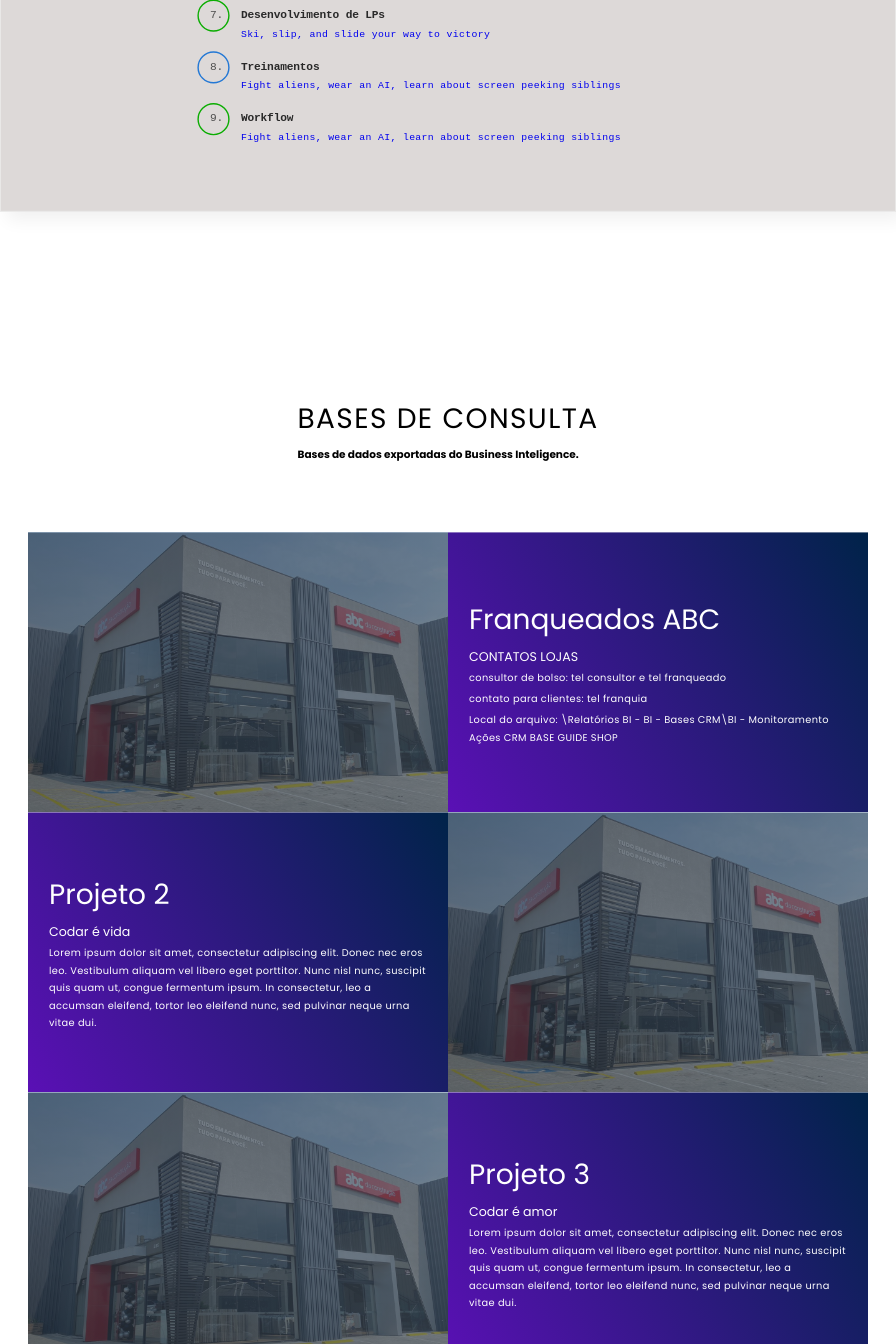
Repository: douglasabnovato/apresentacao
Page: index.html
An editor plug-in stored every save of this project. The page is shown before and after the next save, followed by the edit.
The browser window is 1280 px wide. The pictures show the part of the page from y = 1455 to 3375 px (the page is 13502 px tall), at 70% of full size.

Above is the page before, as saved 2025-01-14 16:20:17.

After the next save:
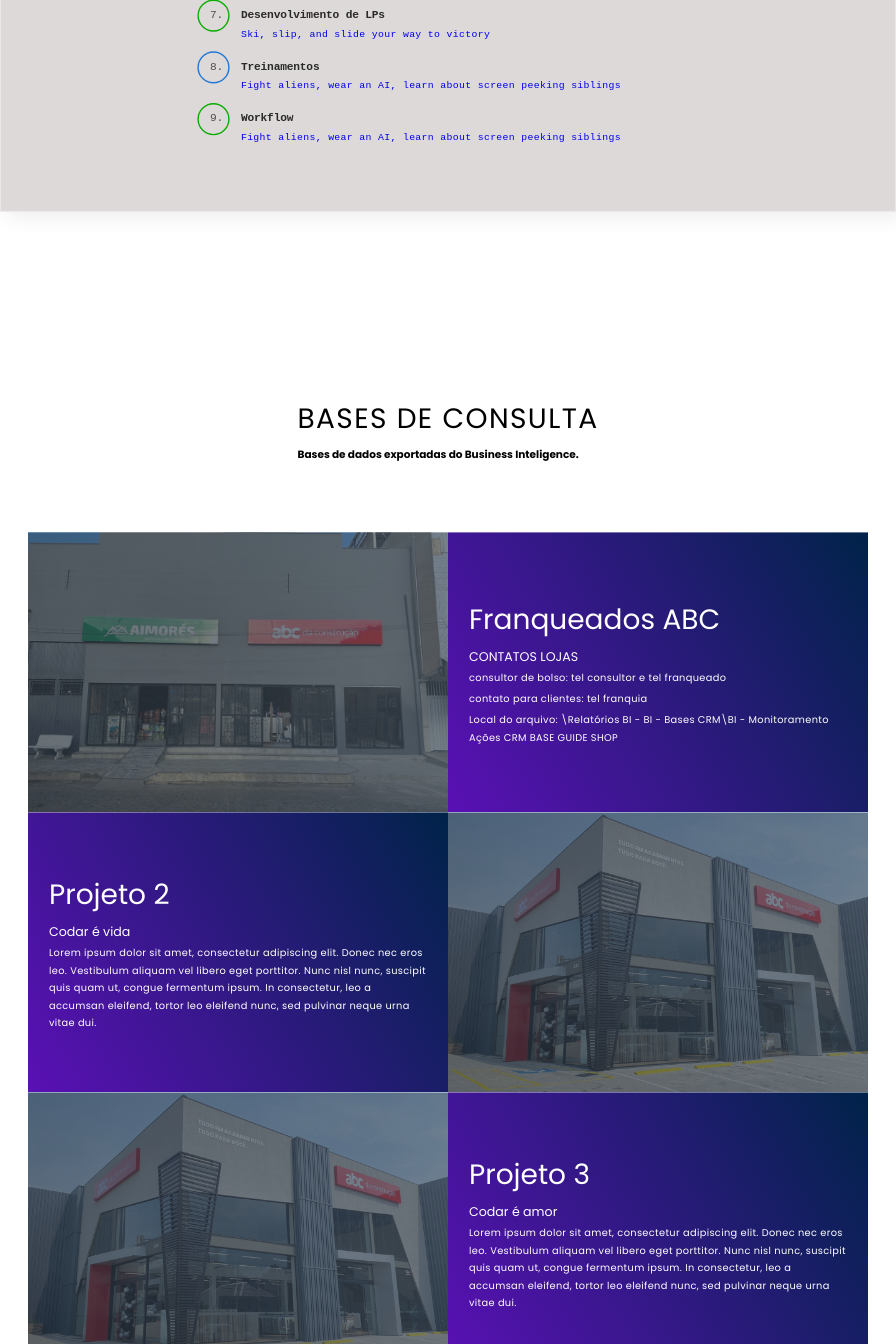
Saved 18 s later.
--- a/index.html
+++ b/index.html
@@ -92,7 +92,7 @@
               </p>
             </div>
             <div class="project-img">
-              <img src="./assets/1-multi-PR-Guarapuava.jpg" alt="img" />
+              <img src="./assets/4-MG-Aimores.jpeg" alt="img" />
             </div>
           </div>
           <div class="project-item">
